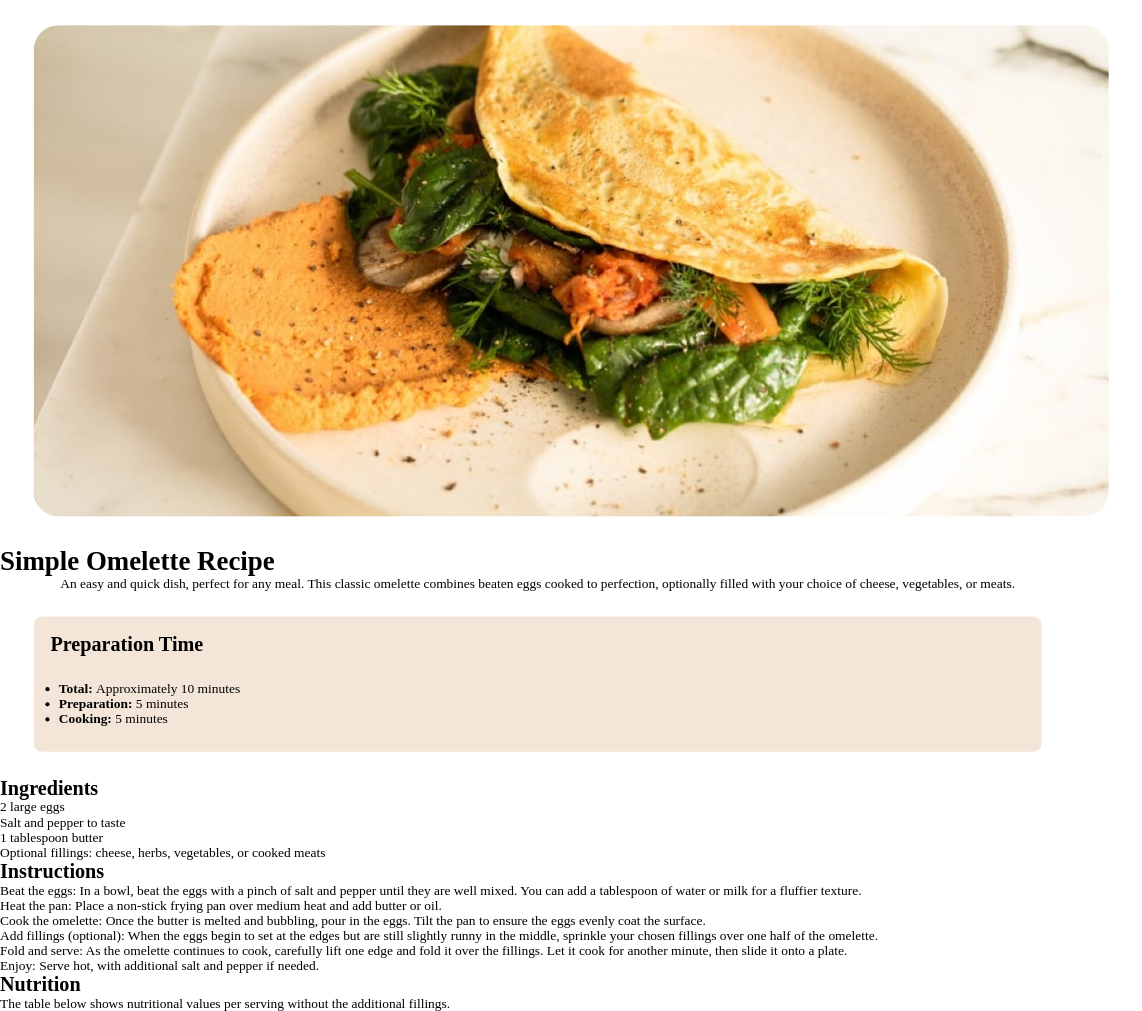
Repository: akbasliogulcan/omletterecipe
Page: index.html
An editor plug-in stored every save of this project. The page is shown before and after the next save, followed by the edit.
The browser window is 1280 px wide. The page is 1360 px wide, so the pictures cover 1360 px, including what lies to the right of the window. The pictures show the whole page, at 84% of full size.

Above is the page before, as saved 2025-07-20 17:43:08.

After the next save:
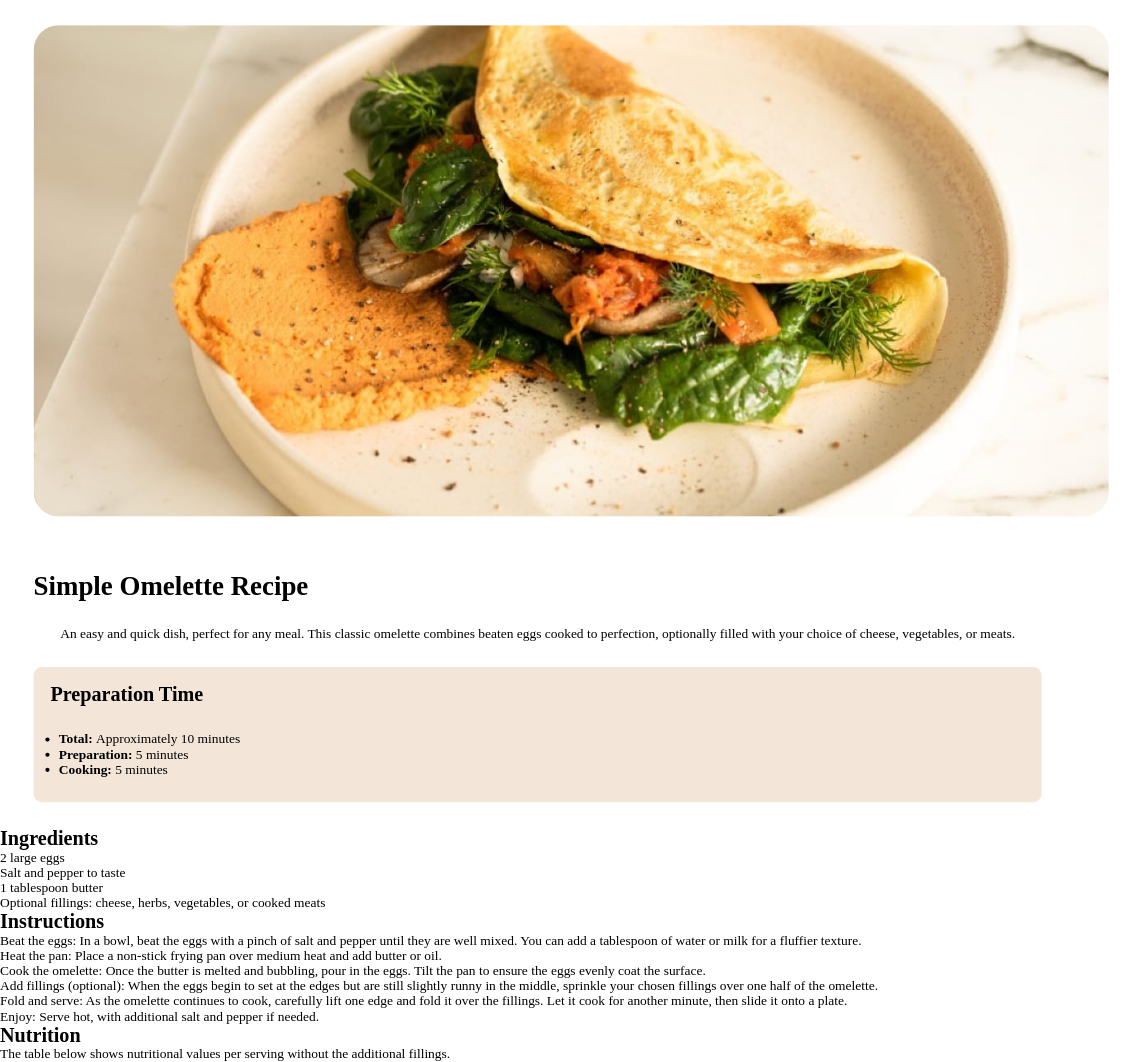
Saved 101 s later.
--- a/style.css
+++ b/style.css
@@ -12,6 +12,7 @@
 }
 .omelette h1 {
   text-align: left;
+  margin: 30px 40px;
 }
 .omelette p {
   text-align: center;
